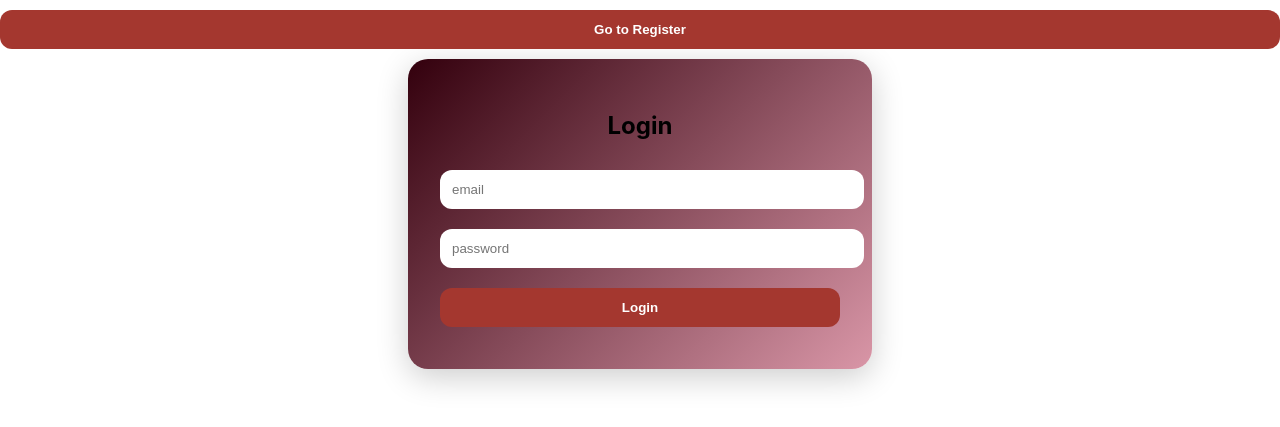
Repository: aab232/https---github.com-aab232-Deferred-Payment-Platform
Page: /register (app in frontend/)
These files come from the project's save history. The page is drawn as it stood at one moment and after the next save; the edit follows.
The browser window is 1280 px wide. The pictures show the whole page.
The project was rebuilt for these pictures with package versions that can differ from the ones it lists, and the page was loaded fresh each time. Also part of the build but not shown: frontend/src/components/Register.js.

Above is the page before, as saved 2025-03-14 01:25:51.

After the next save:
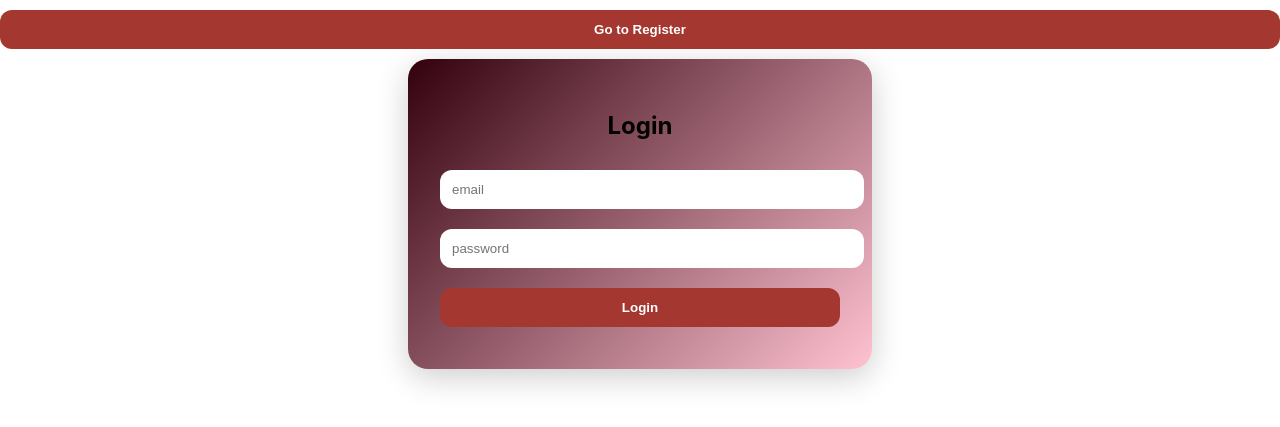
Saved 47 s later.
--- a/frontend/src/components/Login.css
+++ b/frontend/src/components/Login.css
@@ -3,7 +3,7 @@
     max-width: 400px;
     margin: auto;
     padding: 2rem;
-    background: linear-gradient(135deg, #33000D, #D996A7);
+    background: linear-gradient(135deg, #33000D, #FFC2D1);
     border-radius: 20px;
     box-shadow: 0 8px 32px rgba(0, 0, 0, 0.2);
     text-align: center;
